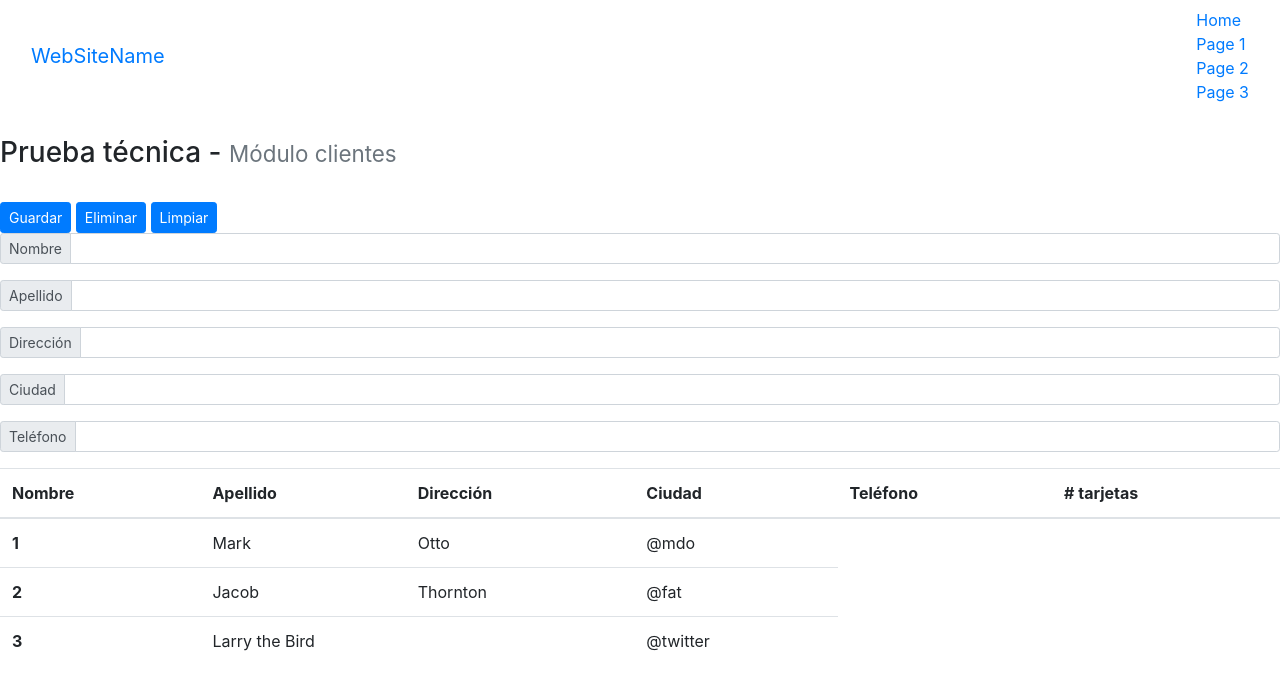
Repository: analozano16/ibm
Page: prueba_banco_war/src/main/webapp/index.html
The author's editor kept a copy of each file at every save. The page is drawn from the files as they stood at one save, then again after the next save.
The browser window is 1280 px wide. The pictures show the whole page.
Some web libraries are served in a nearby version.

Above is the page before, as saved 2020-02-02 19:47:02.

### prueba_banco_war/src/main/webapp/index.html
<!DOCTYPE html>
<html ng-app="Clientes">
<head>
	<title>Prueba</title>
	<meta charset="utf-8" />
	<!-- angular -->
	<script src="https://ajax.googleapis.com/ajax/libs/angularjs/1.7.9/angular.min.js"></script>
	<!-- controlador -->
	<script type="text/javascript" src="app.js"></script>
	<!-- bootstrap -->
	<link rel="stylesheet" href="https://stackpath.bootstrapcdn.com/bootstrap/4.3.1/css/bootstrap.min.css" integrity="sha384-ggOyR0iXCbMQv3Xipma34MD+dH/1fQ784/j6cY/iJTQUOhcWr7x9JvoRxT2MZw1T" crossorigin="anonymous">

</head>
<body>

<nav class="navbar navbar-default">
  <div class="container-fluid">
    <div class="navbar-header">
      <a class="navbar-brand" href="#">WebSiteName</a>
    </div>
    <ul class="nav navbar-nav">
      <li class="active"><a href="#">Home</a></li>
      <li><a href="#">Page 1</a></li>
      <li><a href="#">Page 2</a></li>
      <li><a href="#">Page 3</a></li>
    </ul>
  </div>
</nav>

<br/>
<h3>
  Prueba técnica -
  <small class="text-muted"> Módulo clientes</small>
</h3>

<br/>
<button type="button" class="btn btn-primary btn-sm">Guardar</button>
<button type="button" class="btn btn-primary btn-sm">Eliminar</button>
<button type="button" class="btn btn-primary btn-sm">Limpiar</button>

<br/>
<div class="input-group input-group-sm mb-3">
  <div class="input-group-prepend">
    <span class="input-group-text" id="inputGroup-sizing-sm">Nombre</span>
  </div>
  <input type="text" class="form-control" aria-label="Small" aria-describedby="inputGroup-sizing-sm">
</div>


<div class="input-group input-group-sm mb-3">
  <div class="input-group-prepend">
    <span class="input-group-text" id="inputGroup-sizing-sm">Apellido</span>
  </div>
  <input type="text" class="form-control" aria-label="Small" aria-describedby="inputGroup-sizing-sm">
</div>
<div class="input-group input-group-sm mb-3">
  <div class="input-group-prepend">
    <span class="input-group-text" id="inputGroup-sizing-sm">Dirección</span>
  </div>
  <input type="text" class="form-control" aria-label="Small" aria-describedby="inputGroup-sizing-sm">
</div>
<div class="input-group input-group-sm mb-3">
  <div class="input-group-prepend">
    <span class="input-group-text" id="inputGroup-sizing-sm">Ciudad</span>
  </div>
  <input type="text" class="form-control" aria-label="Small" aria-describedby="inputGroup-sizing-sm">
</div>
<div class="input-group input-group-sm mb-3">
  <div class="input-group-prepend">
    <span class="input-group-text" id="inputGroup-sizing-sm">Teléfono</span>
  </div>
  <input type="text" class="form-control" aria-label="Small" aria-describedby="inputGroup-sizing-sm">
</div>


<table class="table table-hover">
  <thead>
    <tr>
      <th scope="col">Nombre</th>
      <th scope="col">Apellido</th>
      <th scope="col">Dirección</th>
      <th scope="col">Ciudad</th>
      <th scope="col">Teléfono</th>
      <th scope="col"># tarjetas</th>
    </tr>
  </thead>
  <tbody>
    <tr>
      <th scope="row">1</th>
      <td>Mark</td>
      <td>Otto</td>
      <td>@mdo</td>
    </tr>
    <tr>
      <th scope="row">2</th>
      <td>Jacob</td>
      <td>Thornton</td>
      <td>@fat</td>
    </tr>
    <tr>
      <th scope="row">3</th>
      <td colspan="2">Larry the Bird</td>
      <td>@twitter</td>
    </tr>
  </tbody>
</table>
</body>
</html>

### prueba_banco_war/src/main/webapp/app.js
var app = angular.module("Clientes",[]);

app.controller("ClienteController", function($scope){

});

After the next save:
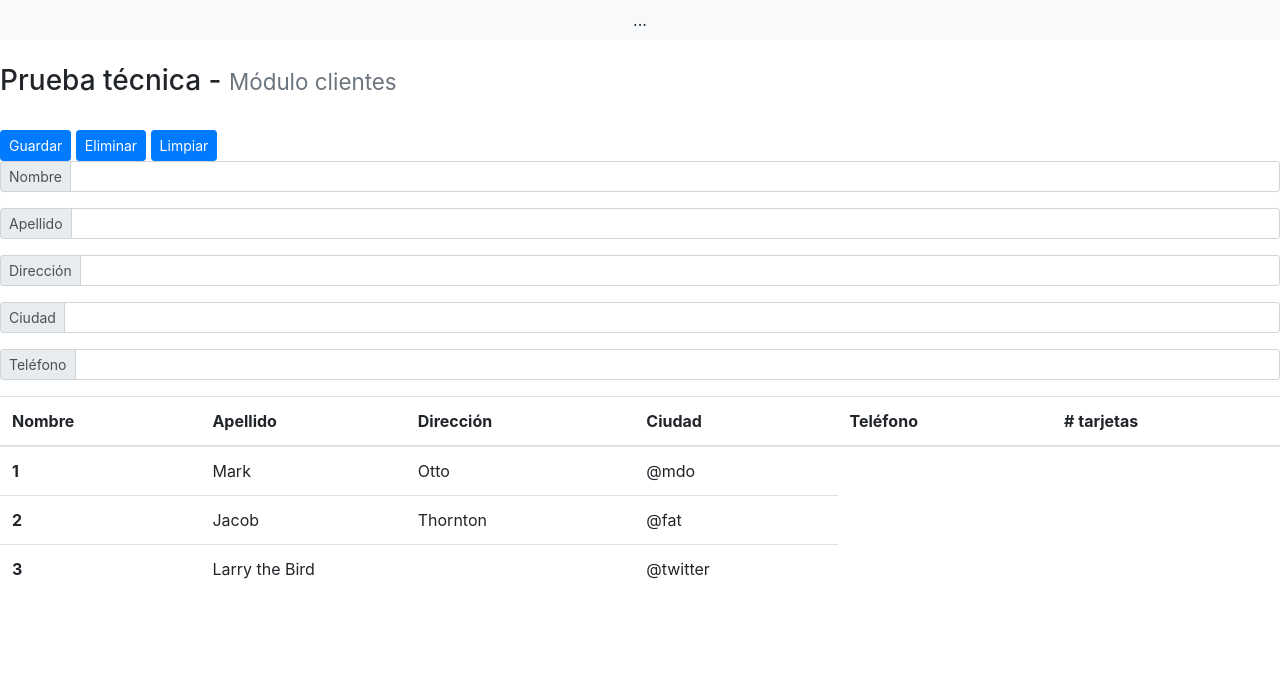
Saved 5 min 58 s later.
--- a/prueba_banco_war/src/main/webapp/index.html
+++ b/prueba_banco_war/src/main/webapp/index.html
@@ -13,18 +13,8 @@
 </head>
 <body>
 
-<nav class="navbar navbar-default">
-  <div class="container-fluid">
-    <div class="navbar-header">
-      <a class="navbar-brand" href="#">WebSiteName</a>
-    </div>
-    <ul class="nav navbar-nav">
-      <li class="active"><a href="#">Home</a></li>
-      <li><a href="#">Page 1</a></li>
-      <li><a href="#">Page 2</a></li>
-      <li><a href="#">Page 3</a></li>
-    </ul>
-  </div>
+<nav class="navbar navbar-expand-sm bg-light justify-content-center">
+  ...
 </nav>
 
 <br/>
